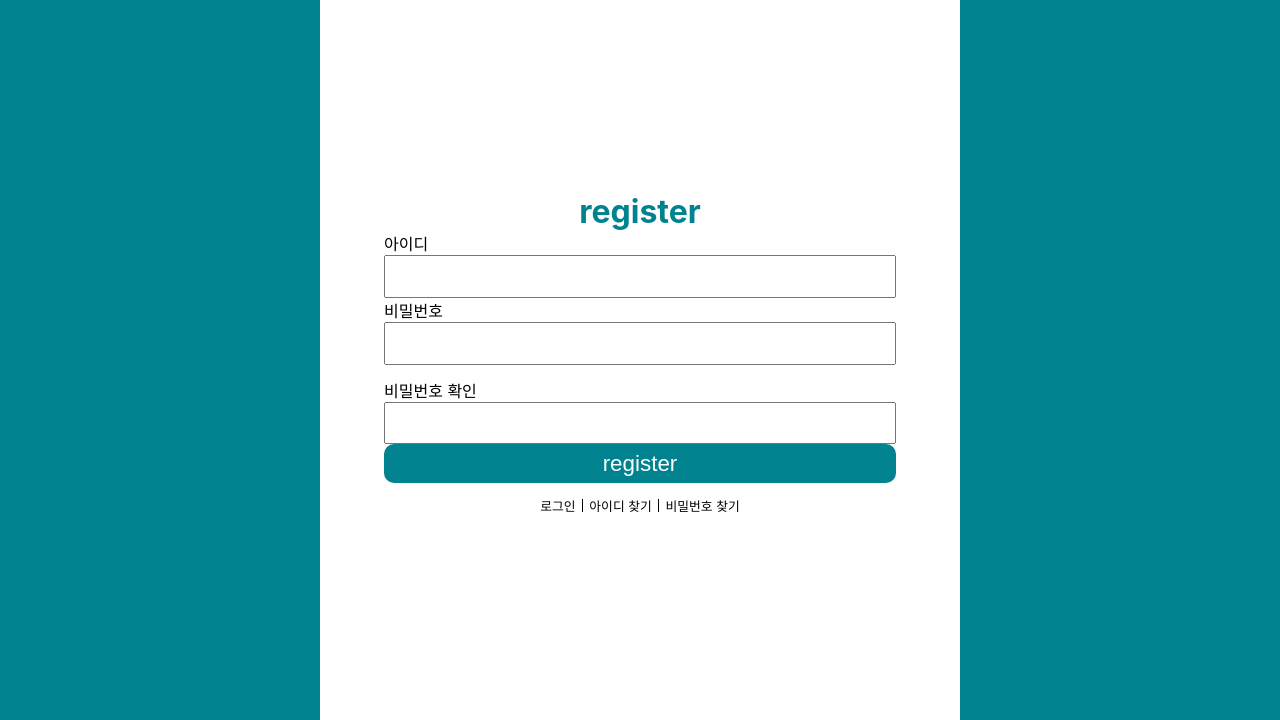
Repository: SeungYn/ticktickup-client
Page: /register
The author's editor kept a copy of each file at every save. The page is drawn from the files as they stood at one save, then again after the next save.
The browser window is 1280 px wide. The pictures show the whole page.
The project was rebuilt for these pictures with package versions that can differ from the ones it lists, and the page was loaded fresh each time. Also part of the build but not shown: src/App.tsx, src/pages/Main.tsx, src/pages/TimeDetail.tsx, src/pages/MyInfo.tsx, src/containers/auth/LoginFormContainer.tsx, src/pages/LoginPage.tsx.

Above is the page before, as saved 2023-01-03 21:19:24.

After the next save:
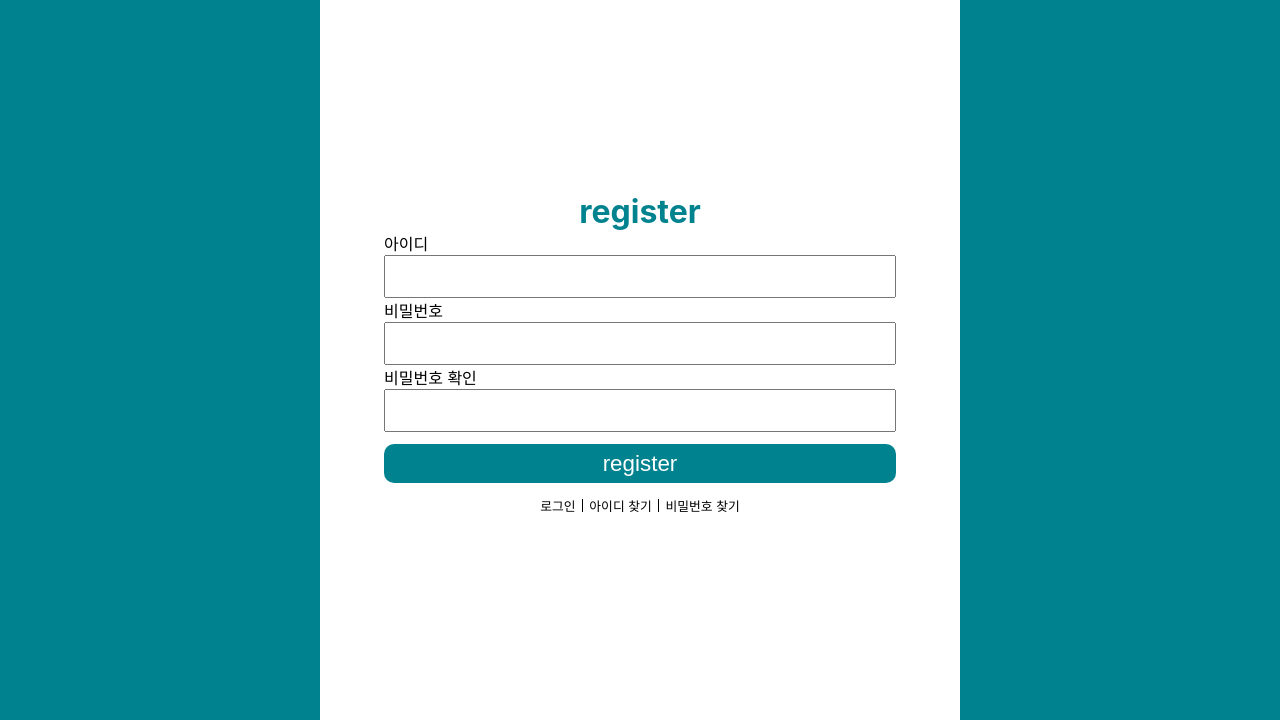
Saved 14 s later.
--- a/src/components/auth/authForm.modue.scss
+++ b/src/components/auth/authForm.modue.scss
@@ -15,7 +15,7 @@
   }
 
   & #label-last {
-    margin-top: 0.8rem;
+    margin-bottom: 0.8rem;
   }
 
   & > h1 {
